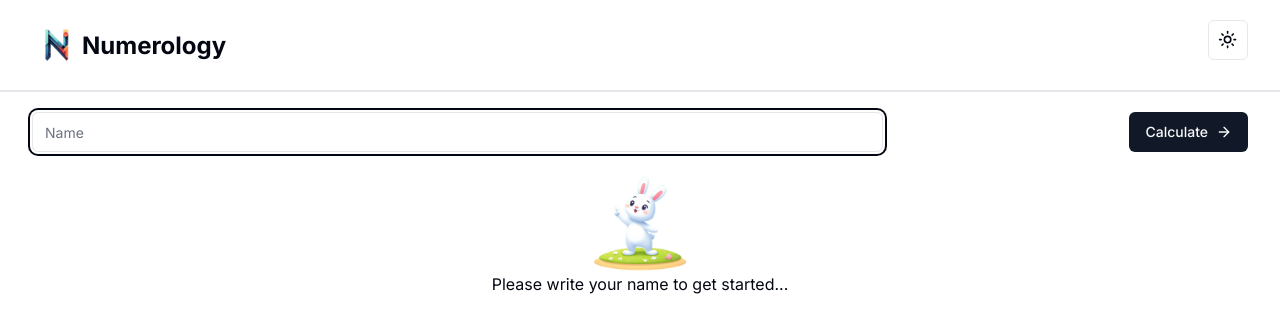
Repository: RaghunadhSahitDruvam/mynumerology
Page: /
An editor plug-in stored every save of this project. The page is shown before and after the next save, followed by the edit.
The browser window is 1280 px wide. The pictures show the whole page.
The project was rebuilt for these pictures with package versions that can differ from the ones it lists, and the page was loaded fresh each time. The framework's server and built-in components were replaced by stand-ins that run in the browser. Also part of the build but not shown: next.config.js.

Above is the page before, as saved 2023-12-19 16:38:25.

### app/layout.tsx
import type { Metadata } from "next";
import { Inter } from "next/font/google";
import "./globals.css";
import { ThemeProvider } from "@/components/theme-provider";
import Header from "@/components/header";

const inter = Inter({ subsets: ["latin"] });

export const metadata: Metadata = {
  title: "Numerology",
  description: "Officially designed by ⭐ Raghunadh ⭐",
};

export default function RootLayout({
  children,
}: {
  children: React.ReactNode;
}) {
  return (
    <html lang="en">
      <body className={inter.className}>
        {" "}
        <ThemeProvider
          attribute="class"
          defaultTheme="system"
          enableSystem
          disableTransitionOnChange
        >
          {children}
        </ThemeProvider>
      </body>
    </html>
  );
}

### app/page.tsx
// @ts-nocheck
"use client";
import React, { useEffect, useRef, useState } from "react";
import { Input } from "@/components/ui/input";
import { Button } from "@/components/ui/button";
import { ArrowRight } from "lucide-react";
import axios from "axios";
import Header from "@/components/header";
import Image from "next/image";
import { useRouter, useSearchParams } from "next/navigation";
import Link from "next/link";

interface DataSource {
  name_g2_block?: string;
  name_g3_block?: string;
  g2tot?: number;
  g2vtot?: number;
  g2nettot?: number;
  g3tot?: number;
  g3vtot?: number;
  g3nettot?: number;
  tot_letters?: number;
}

const Page: React.FC = () => {
  let [textName, setTextName] = useState<string>("");
  const [dataSource, setDataSource] = useState<DataSource | null>(null);
  const searchParams = useSearchParams();
  let search = searchParams.get("name");
  const router = useRouter();

  useEffect(() => {
    // Set initial value only if it's different from the current state
    if (search !== null && search !== textName) {
      setTextName(search);
    }
  }, [search, textName]);

  const inputFocusRef = useRef(null);
  const buttonRef = useRef(null);
  useEffect(() => {
    inputFocusRef.current.focus();
    if (search !== null) {
      if (buttonRef.current) {
        buttonRef.current.click();
      }
    }
  }, []);
  const submitHandler = (e: React.FormEvent<HTMLFormElement>) => {
    e.preventDefault();
    axios
      .get(
        `https://phinzi.com/convert?name=${textName.replace(
          /[^a-zA-Z\s]/g,
          ""
        )}`
      )
      .then((res) => setDataSource(res.data));
  };

  const updateURL = (newTextName: string) => {
    // Update the URL without a page reload
    router.push(`?name=${encodeURIComponent(newTextName)}`);
  };

  return (
    <div className="">
      <Header />

      <div>
        <form
          className="container gap flex justify-between"
          onSubmit={(e) => submitHandler(e)}
        >
          <Input
            type="text"
            placeholder="Name"
            className="w-[70%]"
            value={textName}
            ref={inputFocusRef}
            onChange={(e) => {
              const newValue = e.target.value;
              setTextName(newValue);
              updateURL(newValue); // Update the URL when input changes
            }}
          />
          <Button type="submit" ref={buttonRef}>
            Calculate <ArrowRight className="ml-2 h-4 w-4" />
          </Button>
        </form>
      </div>
      {dataSource ? (
        <>
          <div className="container mt-[30px] flex items-start justify-start">
            <table
              border={2}
              className="border-2 dark:border-white border-black"
            >
              <thead className="border-2  dark:border-white border-black p-[20px]">
                <tr className="border-2  dark:border-white border-black">
                  <th className="border-2  dark:border-white border-black px-[20px]">
                    Group
                  </th>
                  <th className="border-2  dark:border-white border-black">
                    Name
                  </th>
                  <th className="border-2  dark:border-white border-black px-[20px]">
                    Total
                  </th>
                  <th className="border-2  dark:border-white border-black px-[20px]">
                    V
                  </th>
                  <th className="border-2  dark:border-white border-black px-[20px]">
                    C
                  </th>
                </tr>
              </thead>
              <tbody className="border-2  dark:border-white border-black ">
                <tr className="border-2  dark:border-white border-black">
                  <td className="border-2  dark:border-white border-black">
                    C
                  </td>
                  <td className="px-[20px] border-2  dark:border-white border-black">
                    <table
                      className="px-[20px] table-padding"
                      dangerouslySetInnerHTML={{
                        __html:
                          typeof dataSource !== "undefined" &&
                          dataSource?.name_g2_block,
                      }}
                    ></table>
                  </td>

                  <td className="border-2  dark:border-white border-black">
                    {dataSource?.g2tot}
                  </td>
                  <td className="border-2  dark:border-white border-black">
                    {" "}
                    {dataSource?.g2vtot}
                  </td>
                  <td className="border-2  dark:border-white border-black">
                    {" "}
                    {dataSource?.g2nettot}
                  </td>
                </tr>
                <tr className="border-2  dark:border-white border-black">
                  <td className="border-2  dark:border-white border-black">
                    P
                  </td>
                  <td className="px-[20px] border-2  dark:border-white border-black">
                    <table
                      className="px-[20px] table-padding"
                      dangerouslySetInnerHTML={{
                        __html:
                          typeof dataSource !== "undefined" &&
                          dataSource?.name_g3_block,
                      }}
                    ></table>
                  </td>

                  <td className="border-2  dark:border-white border-black">
                    {dataSource?.g3tot}
                  </td>
                  <td className="border-2  dark:border-white border-black">
                    {" "}
                    {dataSource?.g3vtot}
                  </td>
                  <td className="border-2  dark:border-white border-black">
                    {" "}
                    {dataSource?.g3nettot}
                  </td>
                </tr>
              </tbody>
            </table>
          </div>
          <div className="container flex  items-start mt-[10px] justify-between">
            {" "}
            Total Letters - {dataSource?.tot_letters}
            <Link href={"/"}>
              <Button
                variant={"destructive"}
                onClick={() => {
                  setDataSource(null);
                  setTextName("");
                }}
              >
                Cancel
              </Button>
            </Link>
          </div>
        </>
      ) : (
        <>
          <div className="flex justify-center">
            <Image
              className="justify-center align-middle items-center"
              src={"/images/up.png"}
              alt="rabbit_showing_up"
              height={100}
              width={100}
            />
          </div>
          <div className="container flex justify-center align-middle">
            <h1>Please write your name to get started...</h1>
          </div>
        </>
      )}
    </div>
  );
};

export default Page;

### app/globals.css
@tailwind base;
@tailwind components;
@tailwind utilities;

@layer base {
  :root {
    --background: 0 0% 100%;
    --foreground: 224 71.4% 4.1%;

    --card: 0 0% 100%;
    --card-foreground: 224 71.4% 4.1%;

    --popover: 0 0% 100%;
    --popover-foreground: 224 71.4% 4.1%;

    --primary: 220.9 39.3% 11%;
    --primary-foreground: 210 20% 98%;

    --secondary: 220 14.3% 95.9%;
    --secondary-foreground: 220.9 39.3% 11%;

    --muted: 220 14.3% 95.9%;
    --muted-foreground: 220 8.9% 46.1%;

    --accent: 220 14.3% 95.9%;
    --accent-foreground: 220.9 39.3% 11%;

    --destructive: 0 84.2% 60.2%;
    --destructive-foreground: 210 20% 98%;

    --border: 220 13% 91%;
    --input: 220 13% 91%;
    --ring: 224 71.4% 4.1%;

    --radius: 0.5rem;
  }

  .dark {
    --background: 224 71.4% 4.1%;
    --foreground: 210 20% 98%;

    --card: 224 71.4% 4.1%;
    --card-foreground: 210 20% 98%;

    --popover: 224 71.4% 4.1%;
    --popover-foreground: 210 20% 98%;

    --primary: 210 20% 98%;
    --primary-foreground: 220.9 39.3% 11%;

    --secondary: 215 27.9% 16.9%;
    --secondary-foreground: 210 20% 98%;

    --muted: 215 27.9% 16.9%;
    --muted-foreground: 217.9 10.6% 64.9%;

    --accent: 215 27.9% 16.9%;
    --accent-foreground: 210 20% 98%;

    --destructive: 0 62.8% 30.6%;
    --destructive-foreground: 210 20% 98%;

    --border: 215 27.9% 16.9%;
    --input: 215 27.9% 16.9%;
    --ring: 216 12.2% 83.9%;
  }
}

@layer base {
  * {
    @apply border-border;
  }
  body {
    @apply bg-background text-foreground;
  }
  .container {
    @apply mx-[50px];
  }
  .mainHeading {
    @apply text-2xl font-bold;
  }
  .gap {
    @apply my-[20px];
  }
  .table-padding tbody > tr > td {
    @apply px-[15px];
  }
}

### components/ui/input.tsx
import * as React from "react"

import { cn } from "@/lib/utils"

export interface InputProps
  extends React.InputHTMLAttributes<HTMLInputElement> {}

const Input = React.forwardRef<HTMLInputElement, InputProps>(
  ({ className, type, ...props }, ref) => {
    return (
      <input
        type={type}
        className={cn(
          "flex h-10 w-full rounded-md border border-input bg-background px-3 py-2 text-sm ring-offset-background file:border-0 file:bg-transparent file:text-sm file:font-medium placeholder:text-muted-foreground focus-visible:outline-none focus-visible:ring-2 focus-visible:ring-ring focus-visible:ring-offset-2 disabled:cursor-not-allowed disabled:opacity-50",
          className
        )}
        ref={ref}
        {...props}
      />
    )
  }
)
Input.displayName = "Input"

export { Input }

### components/ui/button.tsx
import * as React from "react"
import { Slot } from "@radix-ui/react-slot"
import { cva, type VariantProps } from "class-variance-authority"

import { cn } from "@/lib/utils"

const buttonVariants = cva(
  "inline-flex items-center justify-center rounded-md text-sm font-medium ring-offset-background transition-colors focus-visible:outline-none focus-visible:ring-2 focus-visible:ring-ring focus-visible:ring-offset-2 disabled:pointer-events-none disabled:opacity-50",
  {
    variants: {
      variant: {
        default: "bg-primary text-primary-foreground hover:bg-primary/90",
        destructive:
          "bg-destructive text-destructive-foreground hover:bg-destructive/90",
        outline:
          "border border-input bg-background hover:bg-accent hover:text-accent-foreground",
        secondary:
          "bg-secondary text-secondary-foreground hover:bg-secondary/80",
        ghost: "hover:bg-accent hover:text-accent-foreground",
        link: "text-primary underline-offset-4 hover:underline",
      },
      size: {
        default: "h-10 px-4 py-2",
        sm: "h-9 rounded-md px-3",
        lg: "h-11 rounded-md px-8",
        icon: "h-10 w-10",
      },
    },
    defaultVariants: {
      variant: "default",
      size: "default",
    },
  }
)

export interface ButtonProps
  extends React.ButtonHTMLAttributes<HTMLButtonElement>,
    VariantProps<typeof buttonVariants> {
  asChild?: boolean
}

const Button = React.forwardRef<HTMLButtonElement, ButtonProps>(
  ({ className, variant, size, asChild = false, ...props }, ref) => {
    const Comp = asChild ? Slot : "button"
    return (
      <Comp
        className={cn(buttonVariants({ variant, size, className }))}
        ref={ref}
        {...props}
      />
    )
  }
)
Button.displayName = "Button"

export { Button, buttonVariants }

### components/header.tsx
import React from "react";
import { ModeToggle } from "./mode";
import Link from "next/link";
import Image from "next/image";

const Header = () => {
  return (
    <div className={``}>
      <div className="flex my-[20px] mainHeading justify-between  container ">
        <Link href={"/"} className="flex align-middle text-center ">
          <Image src={"/images/logo.png"} alt="logo" height={50} width={50} />
          <span className="mt-[10px]">Numerology</span>
        </Link>
        <ModeToggle />
      </div>
      <div className="border-b-2"></div>
    </div>
  );
};

export default Header;

### components/mode.tsx
"use client";

import * as React from "react";
import { Moon, Sun } from "lucide-react";
import { useTheme } from "next-themes";

import { Button } from "@/components/ui/button";
import {
  DropdownMenu,
  DropdownMenuContent,
  DropdownMenuItem,
  DropdownMenuTrigger,
} from "@/components/ui/dropdown-menu";

export function ModeToggle() {
  const { setTheme } = useTheme();

  return (
    <DropdownMenu>
      <DropdownMenuTrigger asChild>
        <Button variant="outline" size="icon">
          <Sun className="h-[1.2rem] w-[1.2rem] rotate-0 scale-100 transition-all dark:-rotate-90 dark:scale-0" />
          <Moon className="absolute h-[1.2rem] w-[1.2rem] rotate-90 scale-0 transition-all dark:rotate-0 dark:scale-100" />
          <span className="sr-only">Toggle theme</span>
        </Button>
      </DropdownMenuTrigger>
      <DropdownMenuContent align="end">
        <DropdownMenuItem onClick={() => setTheme("light")}>
          Light
        </DropdownMenuItem>
        <DropdownMenuItem onClick={() => setTheme("dark")}>
          Dark
        </DropdownMenuItem>
        <DropdownMenuItem onClick={() => setTheme("system")}>
          System
        </DropdownMenuItem>
      </DropdownMenuContent>
    </DropdownMenu>
  );
}

### components/ui/dropdown-menu.tsx
import * as React from "react"
import * as DropdownMenuPrimitive from "@radix-ui/react-dropdown-menu"
import { Check, ChevronRight, Circle } from "lucide-react"

import { cn } from "@/lib/utils"

const DropdownMenu = DropdownMenuPrimitive.Root

const DropdownMenuTrigger = DropdownMenuPrimitive.Trigger

const DropdownMenuGroup = DropdownMenuPrimitive.Group

const DropdownMenuPortal = DropdownMenuPrimitive.Portal

const DropdownMenuSub = DropdownMenuPrimitive.Sub

const DropdownMenuRadioGroup = DropdownMenuPrimitive.RadioGroup

const DropdownMenuSubTrigger = React.forwardRef<
  React.ElementRef<typeof DropdownMenuPrimitive.SubTrigger>,
  React.ComponentPropsWithoutRef<typeof DropdownMenuPrimitive.SubTrigger> & {
    inset?: boolean
  }
>(({ className, inset, children, ...props }, ref) => (
  <DropdownMenuPrimitive.SubTrigger
    ref={ref}
    className={cn(
      "flex cursor-default select-none items-center rounded-sm px-2 py-1.5 text-sm outline-none focus:bg-accent data-[state=open]:bg-accent",
      inset && "pl-8",
      className
    )}
    {...props}
  >
    {children}
    <ChevronRight className="ml-auto h-4 w-4" />
  </DropdownMenuPrimitive.SubTrigger>
))
DropdownMenuSubTrigger.displayName =
  DropdownMenuPrimitive.SubTrigger.displayName

const DropdownMenuSubContent = React.forwardRef<
  React.ElementRef<typeof DropdownMenuPrimitive.SubContent>,
  React.ComponentPropsWithoutRef<typeof DropdownMenuPrimitive.SubContent>
>(({ className, ...props }, ref) => (
  <DropdownMenuPrimitive.SubContent
    ref={ref}
    className={cn(
      "z-50 min-w-[8rem] overflow-hidden rounded-md border bg-popover p-1 text-popover-foreground shadow-lg data-[state=open]:animate-in data-[state=closed]:animate-out data-[state=closed]:fade-out-0 data-[state=open]:fade-in-0 data-[state=closed]:zoom-out-95 data-[state=open]:zoom-in-95 data-[side=bottom]:slide-in-from-top-2 data-[side=left]:slide-in-from-right-2 data-[side=right]:slide-in-from-left-2 data-[side=top]:slide-in-from-bottom-2",
      className
    )}
    {...props}
  />
))
DropdownMenuSubContent.displayName =
  DropdownMenuPrimitive.SubContent.displayName

const DropdownMenuContent = React.forwardRef<
  React.ElementRef<typeof DropdownMenuPrimitive.Content>,
  React.ComponentPropsWithoutRef<typeof DropdownMenuPrimitive.Content>
>(({ className, sideOffset = 4, ...props }, ref) => (
  <DropdownMenuPrimitive.Portal>
    <DropdownMenuPrimitive.Content
      ref={ref}
      sideOffset={sideOffset}
      className={cn(
        "z-50 min-w-[8rem] overflow-hidden rounded-md border bg-popover p-1 text-popover-foreground shadow-md data-[state=open]:animate-in data-[state=closed]:animate-out data-[state=closed]:fade-out-0 data-[state=open]:fade-in-0 data-[state=closed]:zoom-out-95 data-[state=open]:zoom-in-95 data-[side=bottom]:slide-in-from-top-2 data-[side=left]:slide-in-from-right-2 data-[side=right]:slide-in-from-left-2 data-[side=top]:slide-in-from-bottom-2",
        className
      )}
      {...props}
    />
  </DropdownMenuPrimitive.Portal>
))
DropdownMenuContent.displayName = DropdownMenuPrimitive.Content.displayName

const DropdownMenuItem = React.forwardRef<
  React.ElementRef<typeof DropdownMenuPrimitive.Item>,
  React.ComponentPropsWithoutRef<typeof DropdownMenuPrimitive.Item> & {
    inset?: boolean
  }
>(({ className, inset, ...props }, ref) => (
  <DropdownMenuPrimitive.Item
    ref={ref}
    className={cn(
      "relative flex cursor-default select-none items-center rounded-sm px-2 py-1.5 text-sm outline-none transition-colors focus:bg-accent focus:text-accent-foreground data-[disabled]:pointer-events-none data-[disabled]:opacity-50",
      inset && "pl-8",
      className
    )}
    {...props}
  />
))
DropdownMenuItem.displayName = DropdownMenuPrimitive.Item.displayName

const DropdownMenuCheckboxItem = React.forwardRef<
  React.ElementRef<typeof DropdownMenuPrimitive.CheckboxItem>,
  React.ComponentPropsWithoutRef<typeof DropdownMenuPrimitive.CheckboxItem>
>(({ className, children, checked, ...props }, ref) => (
  <DropdownMenuPrimitive.CheckboxItem
    ref={ref}
    className={cn(
      "relative flex cursor-default select-none items-center rounded-sm py-1.5 pl-8 pr-2 text-sm outline-none transition-colors focus:bg-accent focus:text-accent-foreground data-[disabled]:pointer-events-none data-[disabled]:opacity-50",
      className
    )}
    checked={checked}
    {...props}
  >
    <span className="absolute left-2 flex h-3.5 w-3.5 items-center justify-center">
      <DropdownMenuPrimitive.ItemIndicator>
        <Check className="h-4 w-4" />
      </DropdownMenuPrimitive.ItemIndicator>
    </span>
    {children}
  </DropdownMenuPrimitive.CheckboxItem>
))
DropdownMenuCheckboxItem.displayName =
  DropdownMenuPrimitive.CheckboxItem.displayName

const DropdownMenuRadioItem = React.forwardRef<
  React.ElementRef<typeof DropdownMenuPrimitive.RadioItem>,
  React.ComponentPropsWithoutRef<typeof DropdownMenuPrimitive.RadioItem>
>(({ className, children, ...props }, ref) => (
  <DropdownMenuPrimitive.RadioItem
    ref={ref}
    className={cn(
      "relative flex cursor-default select-none items-center rounded-sm py-1.5 pl-8 pr-2 text-sm outline-none transition-colors focus:bg-accent focus:text-accent-foreground data-[disabled]:pointer-events-none data-[disabled]:opacity-50",
      className
    )}
    {...props}
  >
    <span className="absolute left-2 flex h-3.5 w-3.5 items-center justify-center">
      <DropdownMenuPrimitive.ItemIndicator>
        <Circle className="h-2 w-2 fill-current" />
      </DropdownMenuPrimitive.ItemIndicator>
    </span>
    {children}
  </DropdownMenuPrimitive.RadioItem>
))
DropdownMenuRadioItem.displayName = DropdownMenuPrimitive.RadioItem.displayName

const DropdownMenuLabel = React.forwardRef<
  React.ElementRef<typeof DropdownMenuPrimitive.Label>,
  React.ComponentPropsWithoutRef<typeof DropdownMenuPrimitive.Label> & {
    inset?: boolean
  }
>(({ className, inset, ...props }, ref) => (
  <DropdownMenuPrimitive.Label
    ref={ref}
    className={cn(
      "px-2 py-1.5 text-sm font-semibold",
      inset && "pl-8",
      className
    )}
    {...props}
  />
))
DropdownMenuLabel.displayName = DropdownMenuPrimitive.Label.displayName

const DropdownMenuSeparator = React.forwardRef<
  React.ElementRef<typeof DropdownMenuPrimitive.Separator>,
  React.ComponentPropsWithoutRef<typeof DropdownMenuPrimitive.Separator>
>(({ className, ...props }, ref) => (
  <DropdownMenuPrimitive.Separator
    ref={ref}
    className={cn("-mx-1 my-1 h-px bg-muted", className)}
    {...props}
  />
))
DropdownMenuSeparator.displayName = DropdownMenuPrimitive.Separator.displayName

const DropdownMenuShortcut = ({
  className,
  ...props
}: React.HTMLAttributes<HTMLSpanElement>) => {
  return (
    <span
      className={cn("ml-auto text-xs tracking-widest opacity-60", className)}
      {...props}
    />
  )
}
DropdownMenuShortcut.displayName = "DropdownMenuShortcut"

export {
  DropdownMenu,
  DropdownMenuTrigger,
  DropdownMenuContent,
  DropdownMenuItem,
  DropdownMenuCheckboxItem,
  DropdownMenuRadioItem,
  DropdownMenuLabel,
  DropdownMenuSeparator,
  DropdownMenuShortcut,
  DropdownMenuGroup,
  DropdownMenuPortal,
  DropdownMenuSub,
  DropdownMenuSubContent,
  DropdownMenuSubTrigger,
  DropdownMenuRadioGroup,
}

Loaded but not shown: components/theme-provider.tsx (common file); lib/utils.ts (common file); tailwind.config.js (common file)

After the next save:
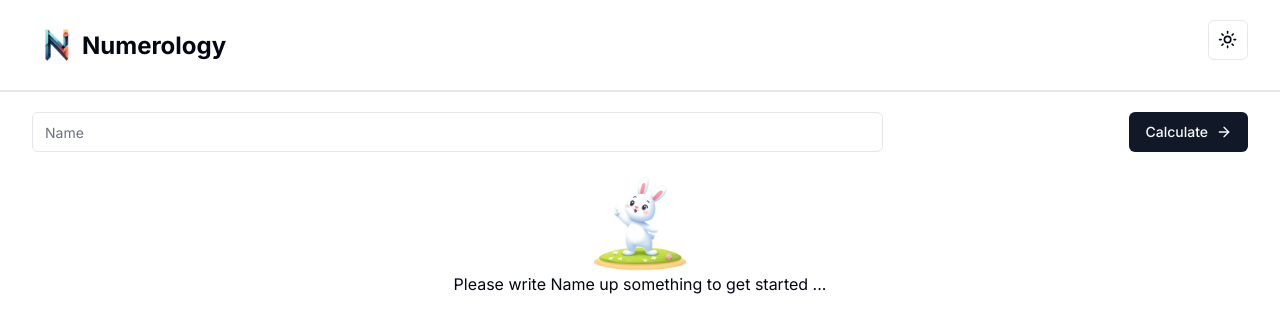
Saved 10 min 35 s later.
--- a/app/page.tsx
+++ b/app/page.tsx
@@ -1,14 +1,15 @@
 // @ts-nocheck
 "use client";
-import React, { useEffect, useRef, useState } from "react";
+import React, { useState } from "react";
 import { Input } from "@/components/ui/input";
 import { Button } from "@/components/ui/button";
 import { ArrowRight } from "lucide-react";
 import axios from "axios";
 import Header from "@/components/header";
 import Image from "next/image";
-import { useRouter, useSearchParams } from "next/navigation";
 import Link from "next/link";
+import { useRouter } from "next/navigation";
+import { useSearchParams } from "next/navigation";
 
 interface DataSource {
   name_g2_block?: string;
@@ -25,42 +26,19 @@ interface DataSource {
 const Page: React.FC = () => {
   let [textName, setTextName] = useState<string>("");
   const [dataSource, setDataSource] = useState<DataSource | null>(null);
+  const router = useRouter();
   const searchParams = useSearchParams();
   let search = searchParams.get("name");
-  const router = useRouter();
+  console.log(search);
+  if (search !== null) {
+    textName = search;
+  }
 
-  useEffect(() => {
-    // Set initial value only if it's different from the current state
-    if (search !== null && search !== textName) {
-      setTextName(search);
-    }
-  }, [search, textName]);
-
-  const inputFocusRef = useRef(null);
-  const buttonRef = useRef(null);
-  useEffect(() => {
-    inputFocusRef.current.focus();
-    if (search !== null) {
-      if (buttonRef.current) {
-        buttonRef.current.click();
-      }
-    }
-  }, []);
   const submitHandler = (e: React.FormEvent<HTMLFormElement>) => {
     e.preventDefault();
     axios
-      .get(
-        `https://phinzi.com/convert?name=${textName.replace(
-          /[^a-zA-Z\s]/g,
-          ""
-        )}`
-      )
+      .get(`https://phinzi.com/convert?name=${textName}`)
       .then((res) => setDataSource(res.data));
-  };
-
-  const updateURL = (newTextName: string) => {
-    // Update the URL without a page reload
-    router.push(`?name=${encodeURIComponent(newTextName)}`);
   };
 
   return (
@@ -70,21 +48,16 @@ const Page: React.FC = () => {
       <div>
         <form
           className="container gap flex justify-between"
-          onSubmit={(e) => submitHandler(e)}
+          onSubmit={submitHandler}
         >
           <Input
             type="text"
             placeholder="Name"
             className="w-[70%]"
             value={textName}
-            ref={inputFocusRef}
-            onChange={(e) => {
-              const newValue = e.target.value;
-              setTextName(newValue);
-              updateURL(newValue); // Update the URL when input changes
-            }}
+            onChange={(e) => setTextName(e.target.value)}
           />
-          <Button type="submit" ref={buttonRef}>
+          <Button type="submit">
             Calculate <ArrowRight className="ml-2 h-4 w-4" />
           </Button>
         </form>
@@ -176,17 +149,15 @@ const Page: React.FC = () => {
           <div className="container flex  items-start mt-[10px] justify-between">
             {" "}
             Total Letters - {dataSource?.tot_letters}
-            <Link href={"/"}>
-              <Button
-                variant={"destructive"}
-                onClick={() => {
-                  setDataSource(null);
-                  setTextName("");
-                }}
-              >
-                Cancel
-              </Button>
-            </Link>
+            <Button
+              variant={"destructive"}
+              onClick={() => {
+                setDataSource(null);
+                setTextName("");
+              }}
+            >
+              Cancel
+            </Button>
           </div>
         </>
       ) : (
@@ -201,7 +172,7 @@ const Page: React.FC = () => {
             />
           </div>
           <div className="container flex justify-center align-middle">
-            <h1>Please write your name to get started...</h1>
+            <h1>Please write Name up something to get started ...</h1>
           </div>
         </>
       )}
